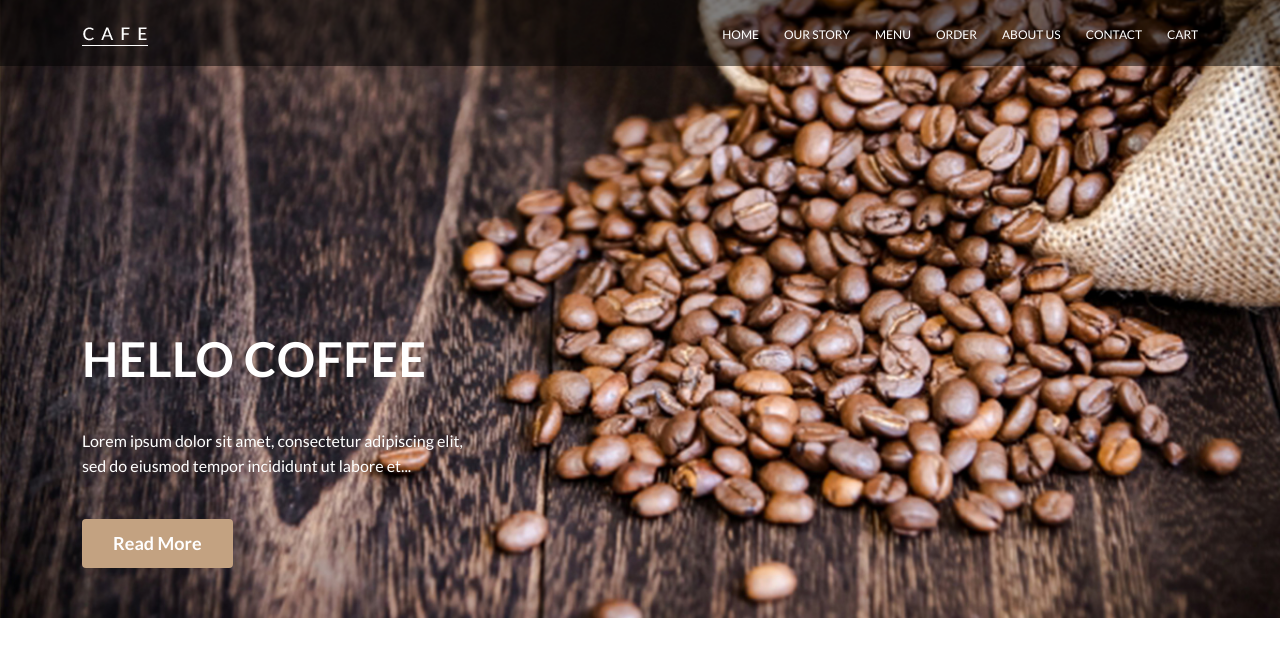
Repository: kuluong2000/coffe
Page: index.html
These files come from the project's save history. The page is drawn as it stood at one moment and after the next save; the edit follows.
The browser window is 1280 px wide. The pictures show the whole page.

Above is the page before, as saved 2021-10-04 21:01:00.

### index.html
<!DOCTYPE html>
<html lang="en">
  <head>
    <meta charset="UTF-8" />
    <meta http-equiv="X-UA-Compatible" content="IE=edge" />
    <meta name="viewport" content="width=device-width, initial-scale=1.0" />
    <link rel="stylesheet" href="./libs/css/bootstrap.min.css" />
    <link rel="stylesheet" href="./libs/css/animate.css" />
    <link rel="stylesheet" href="./libs/css/slick-theme.css" />
    <link rel="stylesheet" href="./libs/css/slick.css" />
    <link rel="stylesheet" href="./Assets/css/reset.css" />
    <link rel="stylesheet" href="./Assets/css/style.css" />
    <link rel="stylesheet" href="./Assets/css/responsive.css" />
    <title>Document</title>
  </head>
  <body>
    <header class="header">
      <div class="container">
        <div class="row">
          <div class="header-main">
            <div class="header-menu">
              <a href="#">
                <img src="./Assets/image/logo.png" alt="" srcset="" />
              </a>
            </div>
            <nav>
              <ul class="header-menu">
                <li class="header-menu-item"><a href="#" class="header-menu-link">Home</a></li>
                <li class="header-menu-item"><a href="#" class="header-menu-link">Our Story</a></li>
                <li class="header-menu-item"><a href="#" class="header-menu-link">Menu</a></li>
                <li class="header-menu-item"><a href="#" class="header-menu-link">Order</a></li>
                <li class="header-menu-item"><a href="#" class="header-menu-link">About Us</a></li>
                <li class="header-menu-item"><a href="#" class="header-menu-link">Contact</a></li>
                <li class="header-menu-item"><a href="#" class="header-menu-link">Cart</a></li>
              </ul>
            </nav>
          </div>
        </div>
      </div>
    </header>
    <main>
      <section class="banner">
        <div class="banner-img">
          <img src="./Assets/image/banner.jpg" alt="" srcset="" />
        </div>
        <div class="container">
          <div class="row">
            <div class="banner-main">
              <div class="banner-content">
                <h1 class="banner-heading">HELLO COFFEE</h1>
                <p class="banner-desc">Lorem ipsum dolor sit amet, consectetur adipiscing elit, sed do eiusmod tempor incididunt ut labore et...</p>
                <a href="#" class="btn"> Read More </a>
              </div>
            </div>
          </div>
        </div>
      </section>
    </main>

    <script src="./libs/Js/jquery-3.5.1.slim.min.js"></script>
    <script src="./libs/Js/bootstrap.min.js"></script>
    <script src="./libs/Js/slick.min.js"></script>
    <script src="./libs/Js/wow.js"></script>
  </body>
</html>

### Assets/css/reset.css
html, body, div, span, applet, object, iframe,
h1, h2, h3, h4, h5, h6, p, blockquote, pre,
a, abbr, acronym, address, big, cite, code,
del, dfn, em, img, ins, kbd, q, s, samp,
small, strike, strong, sub, sup, tt, var,
b, u, i, center,
dl, dt, dd, ol, ul, li,
fieldset, form, label, legend,
table, caption, tbody, tfoot, thead, tr, th, td,
article, aside, canvas, details, embed,
figure, figcaption, footer, header, hgroup,
menu, nav, output, ruby, section, summary,
time, mark, audio, video {
	margin: 0;
	padding: 0;
	border: 0;
	font-size: 100%;
	vertical-align: baseline;
}
/* HTML5 display-role reset for older browsers */
article, aside, details, figcaption, figure,
footer, header, hgroup, menu, nav, section {
	display: block;
}
* {
	box-sizing: border-box;
}
body {
	line-height: 1;
  font-family: 'Muli', sans-serif;


  font-style: normal;
  font-weight: normal;
  font-size: 16px;
  line-height: 32px;
}
ol, ul {
	list-style: none;
}
blockquote, q {
	quotes: none;
}
blockquote:before, blockquote:after,
q:before, q:after {
	content: '';
	content: none;
}
table {
	border-collapse: collapse;
	border-spacing: 0;
}

img {
  max-width: 100%;
	vertical-align: bottom;
}
a {
	outline: none;
}

### Assets/css/style.css
@import url('https://fonts.googleapis.com/css2?family=Lato:ital,wght@0,400;0,700;0,900;1,300;1,400;1,700;1,900&display=swap');
body{
    font-family: 'Lato', sans-serif;
    font-size: 16px;
    line-height: 1.6;
    color: #3d3d3d;
    font-weight: 400;
}
.header{
    position: absolute;
    width: 100%;
    background-color: rgba(0,0,0 , 0.5);
    padding: 20px 0 20px;
    z-index: 99;
}
.header-main{
    display:flex;
    justify-content: space-between;
    align-items: center;
}
.header-menu{
    display:flex;
    justify-content: space-between;
    align-items: center;
}
.header-menu-item{
    list-style-type: none;
}
.header-menu-item:not(:first-child){
    margin-left: 25px;
}
.header-menu-link{
    position: relative;
    color: white;
    text-transform: uppercase;
    text-decoration: none;
    font-size: 12px;
    padding-bottom: 7px;

}
.header-menu-link::before{
    content: '';
    position: absolute;
    bottom: 0;
    left:  0;
    height: 2px;
    width: 100%;
    background-color: #c3a281;
    transform: scale(0);
    transition: 0.5s;
    transform-origin: right;
}
.header-menu-link:hover,
.header-menu-link:hover::before{
    color: #c3a281;
    transform: scale(1);
}
.banner{
    position: relative;
    min-height: 660px;
}
.banner-img{
    position: relative;
    z-index: -1;
    object-fit: cover;
    width: 100%;
}
.banner-img img{
    width: 100%;
}

.banner-main{
    position: absolute;
    left: auto;
    top: 50%;
    color: white;
    width: max-content;

}

.banner-heading{
    font-weight: bold;
    font-size: 48px;
    letter-spacing: 0.5px;
    margin-bottom: 40px;
}
.banner-desc{
    width: 390px;
    margin-bottom: 40px;
}
.btn{
    font-size: 18px;
    color: white;
    font-weight: 600;
    padding: 10px 30px;
    background-color: #c3a281;
}
.btn:hover{
    color: white;
}

### Assets/css/responsive.css
@media (min-width:1400px){
    .container{
        max-width: 1170px;
    }
}

Loaded but not shown: libs/css/bootstrap.min.css (library); libs/css/animate.css (library); libs/css/slick-theme.css (library); libs/css/slick.css (common file); libs/Js/jquery-3.5.1.slim.min.js (library); libs/Js/bootstrap.min.js (library); libs/Js/slick.min.js (library); libs/Js/wow.js (library)

After the next save:
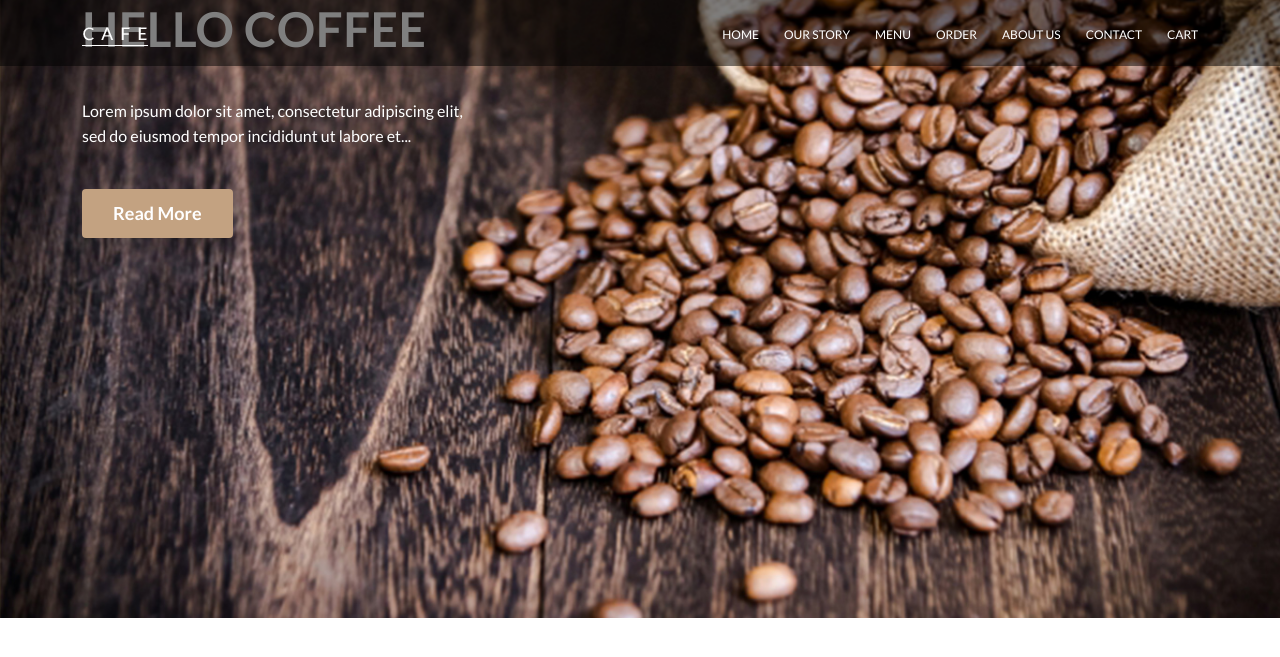
Saved 14 s later.
--- a/Assets/css/style.css
+++ b/Assets/css/style.css
@@ -72,7 +72,7 @@
 .banner-main{
     position: absolute;
     left: auto;
-    top: 50%;
+    top: 0%;
     color: white;
     width: max-content;
 

After the save that followed:
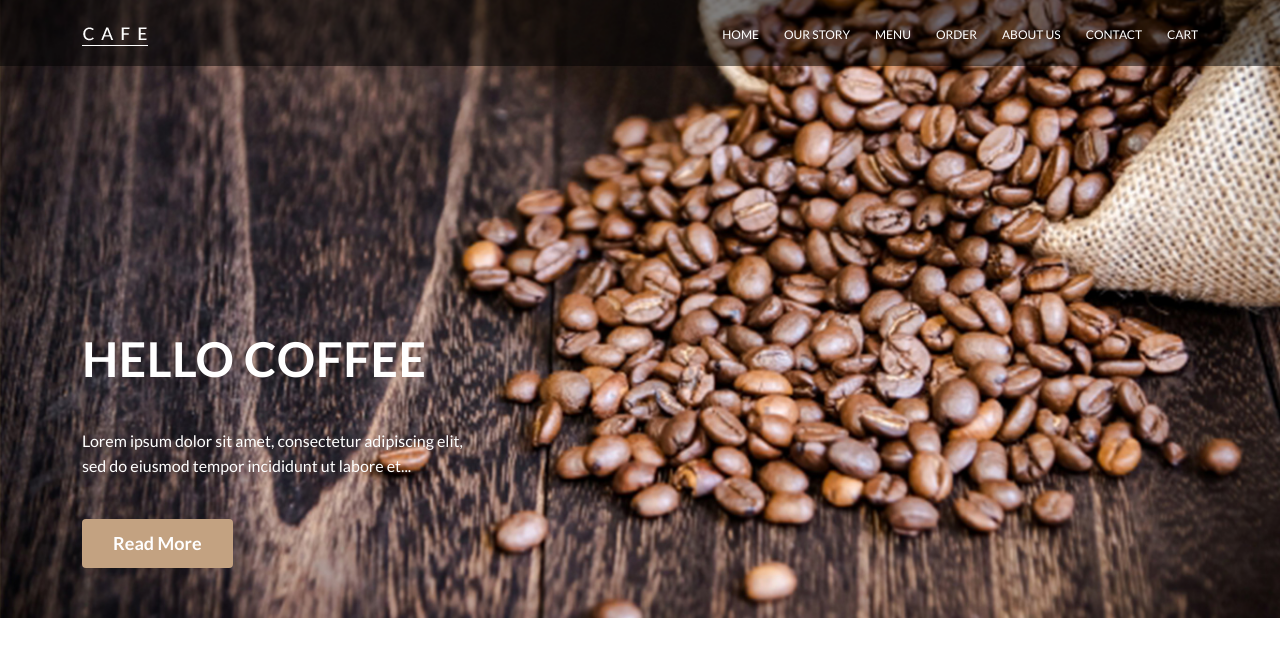
Saved 12 s later.
--- a/Assets/css/style.css
+++ b/Assets/css/style.css
@@ -72,7 +72,7 @@
 .banner-main{
     position: absolute;
     left: auto;
-    top: 0%;
+    top: 50%;
     color: white;
     width: max-content;
 
